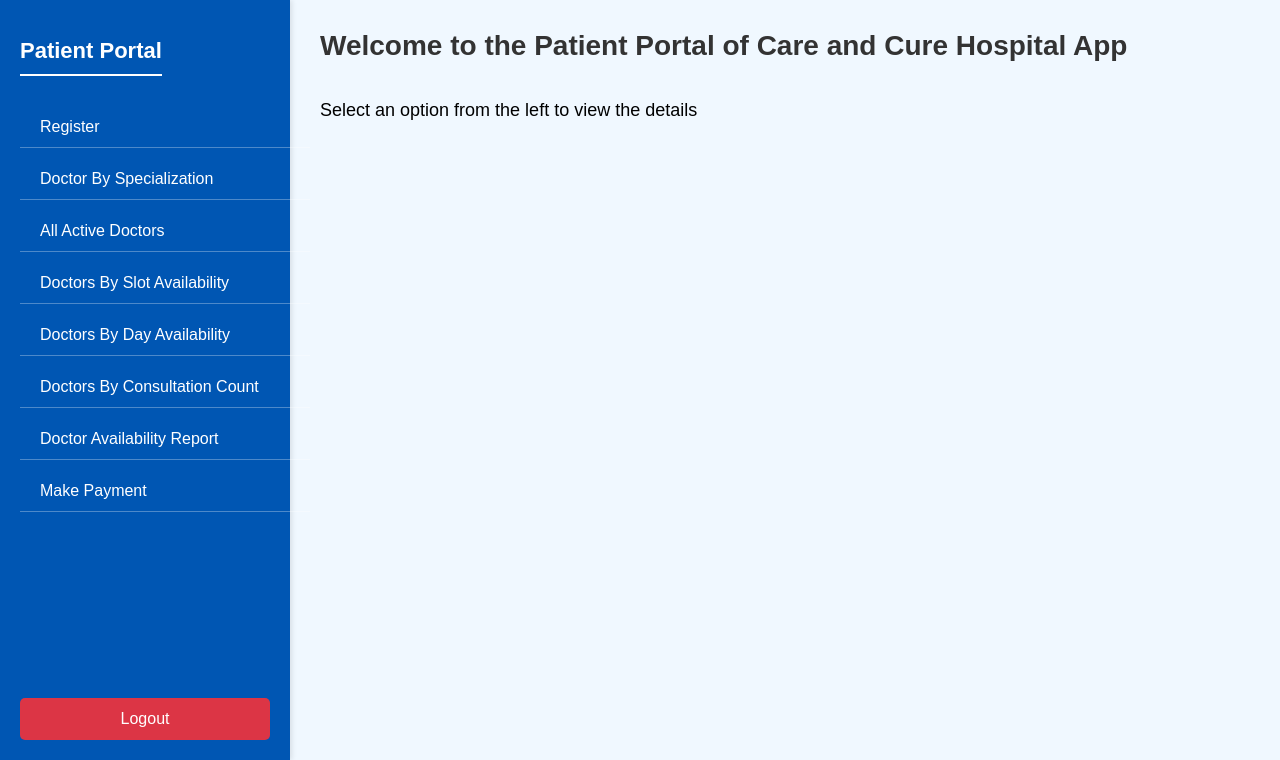
Repository: VamsiPerni/Care-and-Cure-Hospital
Page: http://localhost/patientDashboard
An editor plug-in stored every save of this project. The page is shown before and after the next save, followed by the edit.
The browser window is 1280 px wide. The pictures show the whole page.
The page is this project's Thymeleaf template; nobody is signed in. The template is opened directly, without the code that normally fills it, so the values that code supplies are empty.

Above is the page before, as saved 2025-04-08 10:54:42.

After the next save:
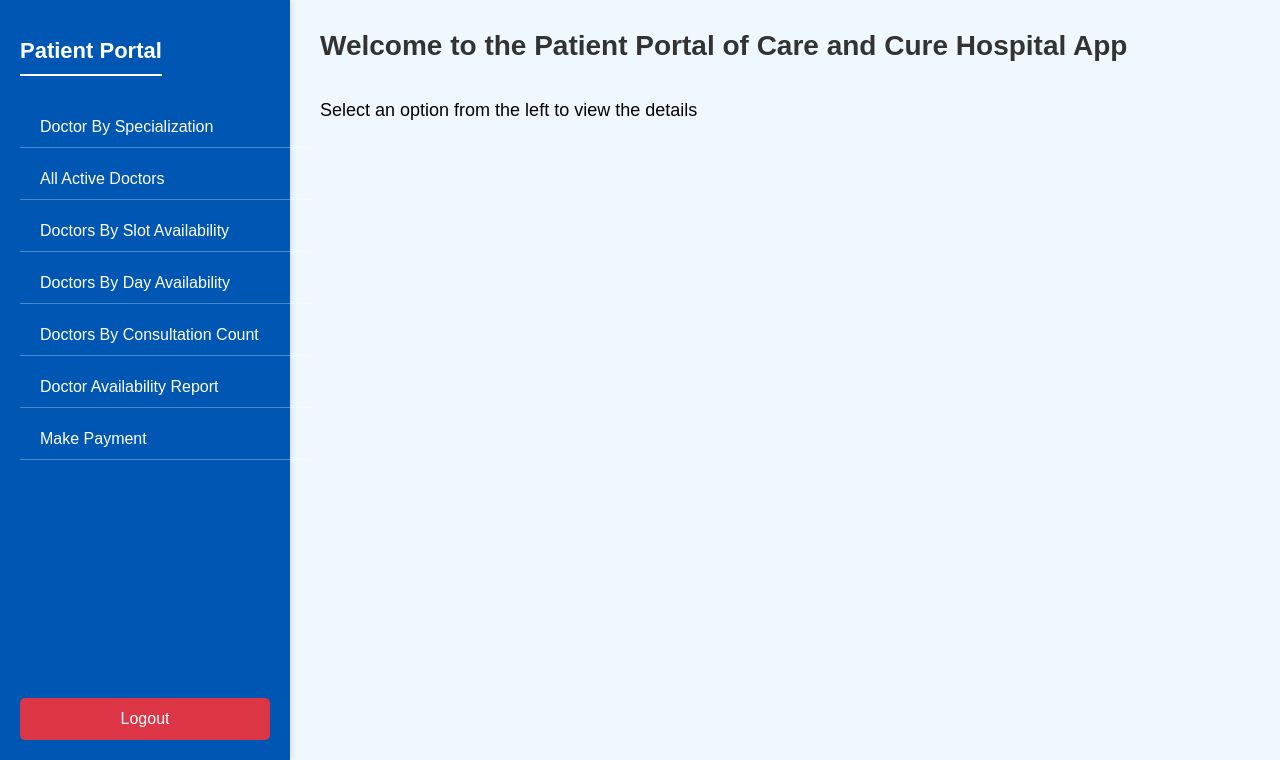
Saved 40 s later.
--- a/Care_and_Cure_Hospital_AppUI/src/main/resources/templates/patientDashboard.html
+++ b/Care_and_Cure_Hospital_AppUI/src/main/resources/templates/patientDashboard.html
@@ -114,7 +114,7 @@
 <body>
     <div class="sidebar">
         <h2>Patient Portal</h2>
-        <a th:href="@{/ui/patients/addPD}">Register</a>
+       <!-- <a th:href="@{/ui/patients/addPD}">Register</a>  -->
         <a th:href="@{/viewDoctorBySpecializationFormPD}">Doctor By Specialization</a>
         <a th:href="@{/viewAllActiveDoctorsPD}">All Active Doctors</a>
         <a th:href="@{/viewDoctorAvailabilityBySlotFormPD}">Doctors By Slot Availability</a>
